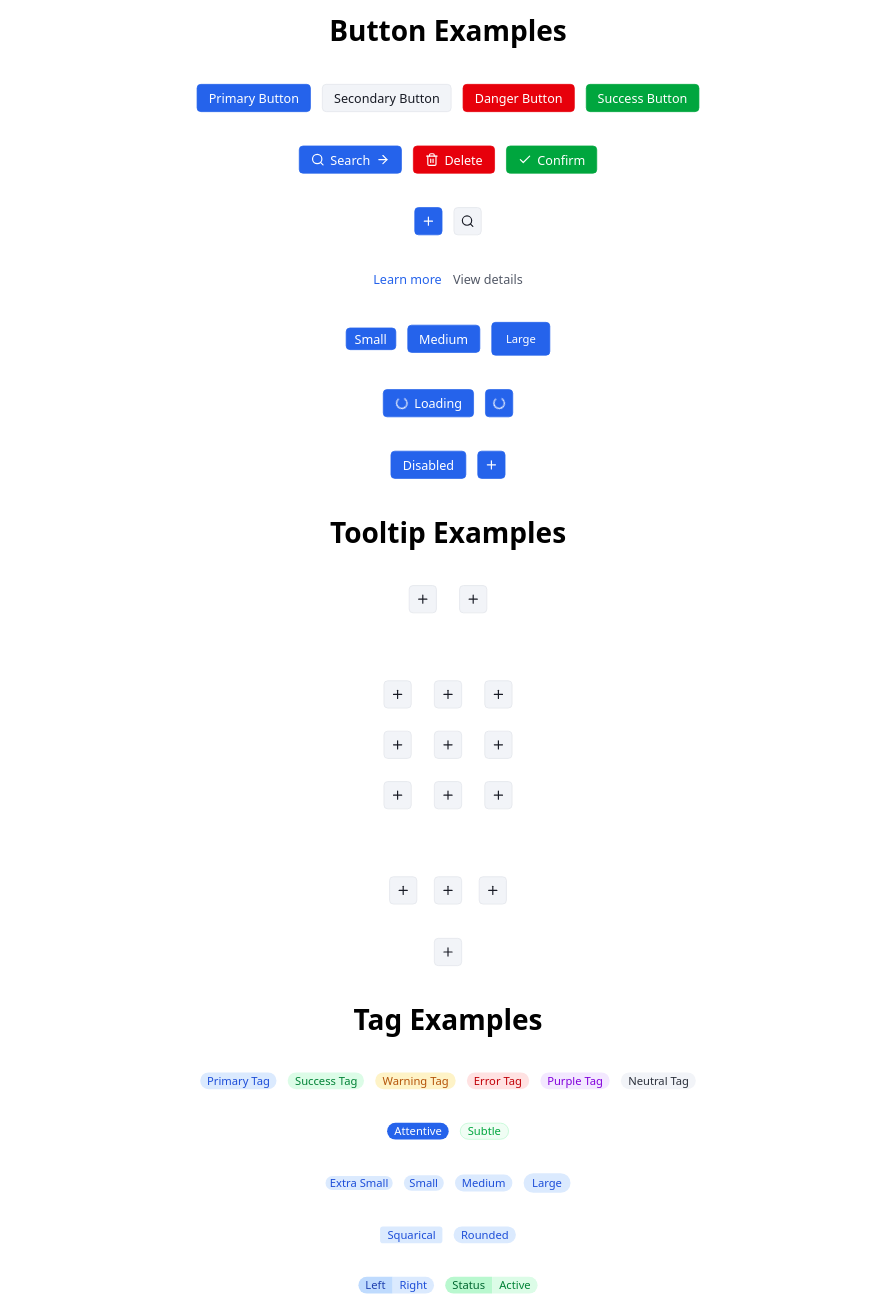
Repository: vinit-juspay/design-system
Page: /
An editor plug-in stored every save of this project. The page is shown before and after the next save, followed by the edit.
The browser window is 1280 px wide. The pictures show the whole page, at 70% of full size.
Some web fonts or font styles are not loaded; a fallback is used. The project was rebuilt for these pictures with package versions that can differ from the ones it lists, and the page was loaded fresh each time. Also part of the build but not shown: vite.config.ts, src/components/button/Button.utils.ts, src/components/button/Button.tsx.

Above is the page before, as saved 2025-04-05 18:36:57.

After the next save:
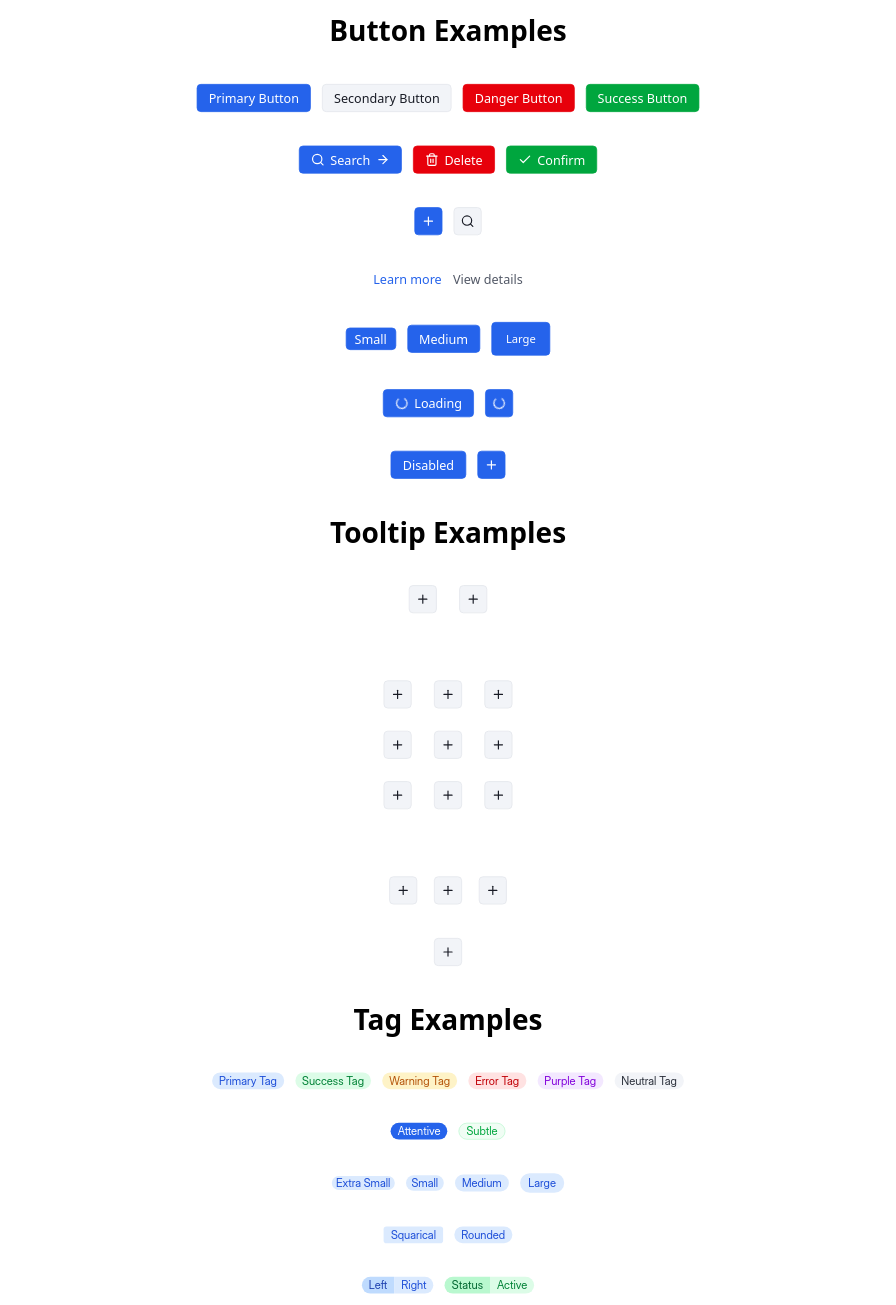
Saved 48 s later.
--- a/lib/themeConfig.ts
+++ b/lib/themeConfig.ts
@@ -133,22 +133,22 @@ export const themeConfig = {
         xs: {
           height: 'h-5',
           padding: 'px-1.5 py-0.5',
-          fontSize: 'text-body-xs'
+          fontSize: 'text-body-xs font-body'
         },
         sm: {
           height: 'h-[22px]',
           padding: 'px-2 py-0.75',
-          fontSize: 'text-body-sm'
+          fontSize: 'text-body-sm font-body'
         },
         md: {
           height: 'h-6',
           padding: 'px-2.5 py-1',
-          fontSize: 'text-body-md'
+          fontSize: 'text-body-md font-body'
         },
         lg: {
           height: 'h-7',
           padding: 'px-3 py-1.5',
-          fontSize: 'text-body-lg'
+          fontSize: 'text-body-lg font-body'
         }
       },
       style: {
